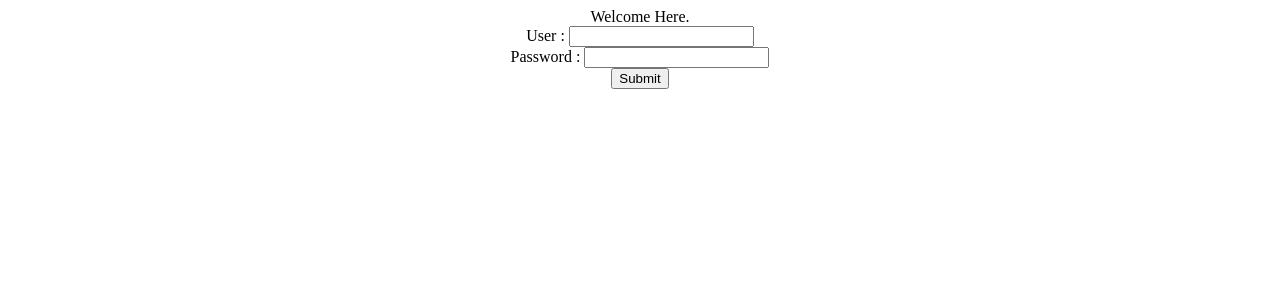
Repository: sunil965/JavaRepo
Page: WebProject/WebContent/index.html
These files come from the project's save history. The page is drawn as it stood at one moment and after the next save; the edit follows.
The browser window is 1280 px wide. The pictures show the whole page.

Above is the page before, as saved 2017-04-26 10:52:51.

After the next save:
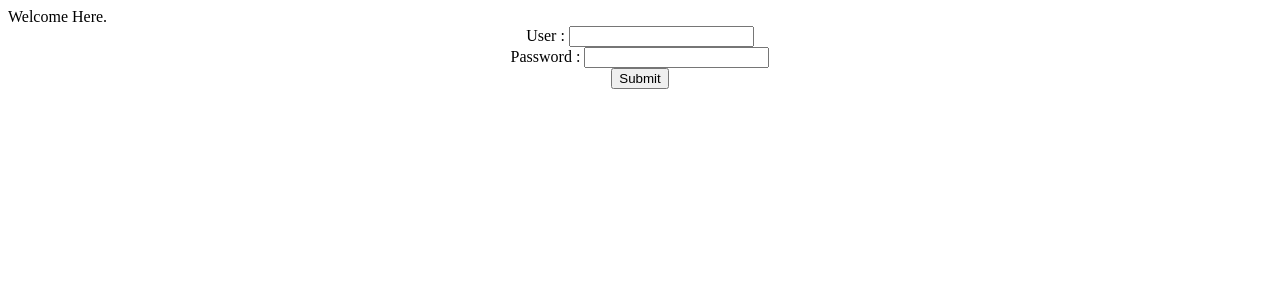
Saved 76 s later.
--- a/WebProject/WebContent/index.html
+++ b/WebProject/WebContent/index.html
@@ -5,14 +5,18 @@
 <title>Insert title here</title>
 </head>
 <body>
+
+<div><hi>Welcome Here.</hi></div>
+<div>
 <center>
-<div><hi>Welcome Here.</hi></div>
 <form action="LoginServlet" method="get">
 User : <input type="text" id="name"><br>
 Password : <input type="text" id="name"><br>
 <input type="submit">
 </form>
 </center>
+</div>
+
 
 </body>
 </html>
